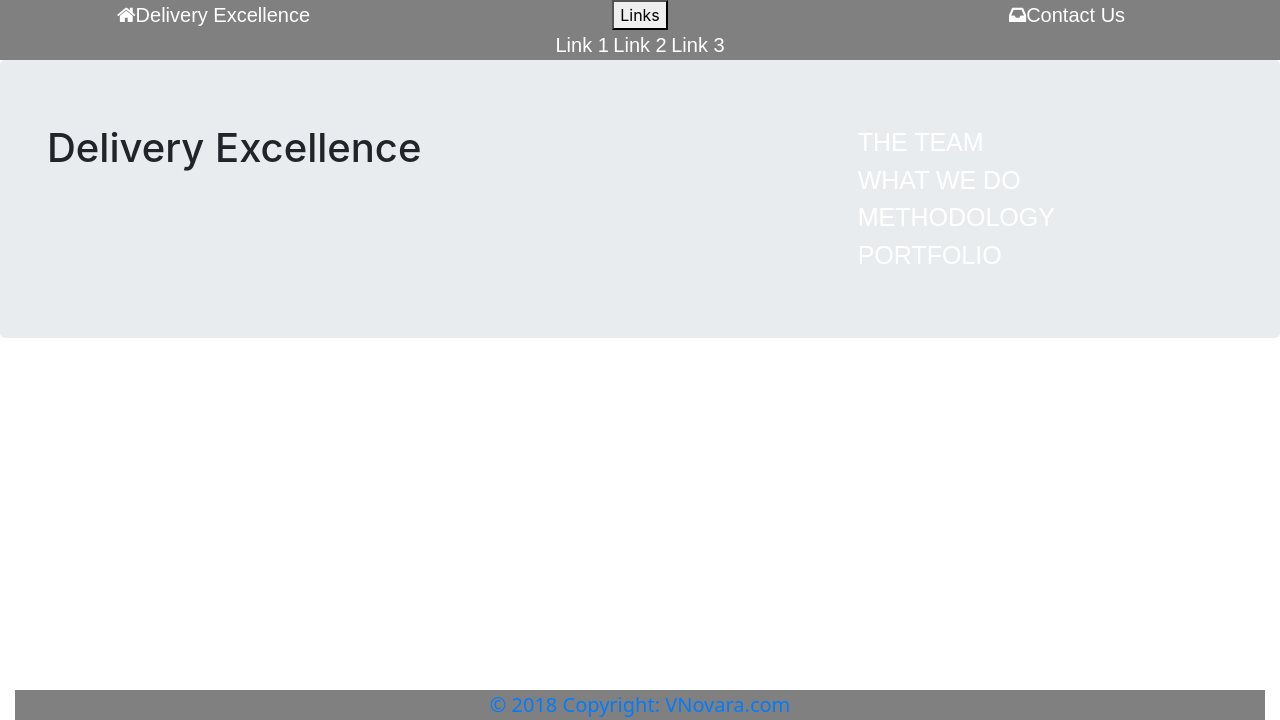
Repository: valenovi76/DeliveryExcellence
Page: index.html
The author's editor kept a record of every edit. The page is drawn from the files as they stood at one moment, then again after the next edit.
The browser window is 1280 px wide. The pictures show the whole page.

Above is the page before.

After the next edit:
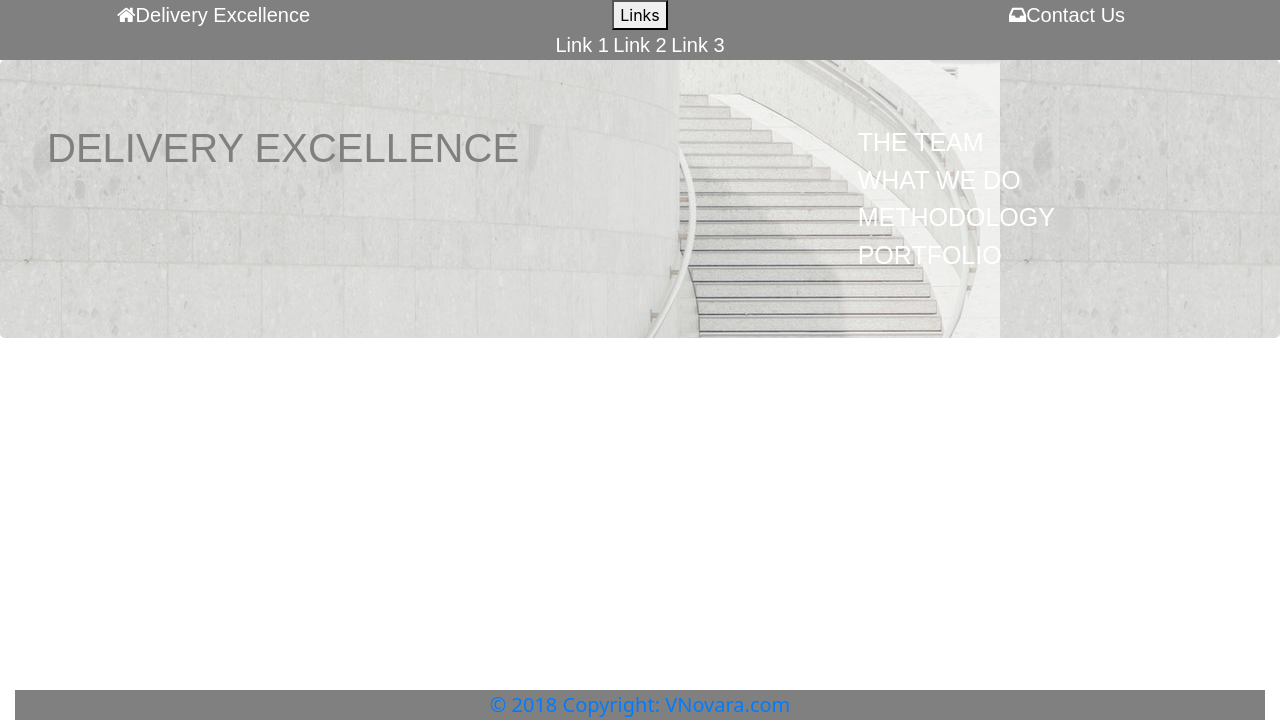
The edit:
--- a/assets/style.css
+++ b/assets/style.css
@@ -53,3 +53,15 @@
     font-weight:100;
     font-size:20px;
 }
+
+/*----------------------------Parallax1-----------------------*/
+
+.paralsec1{
+    background-image: url("../assets/Stairs.jpg");
+    font-family: "Fjalla Ona", sans-serif;
+    font-weight:lighter;
+    text-transform: uppercase;
+    font-size: 300px;
+    color:grey;
+
+}
